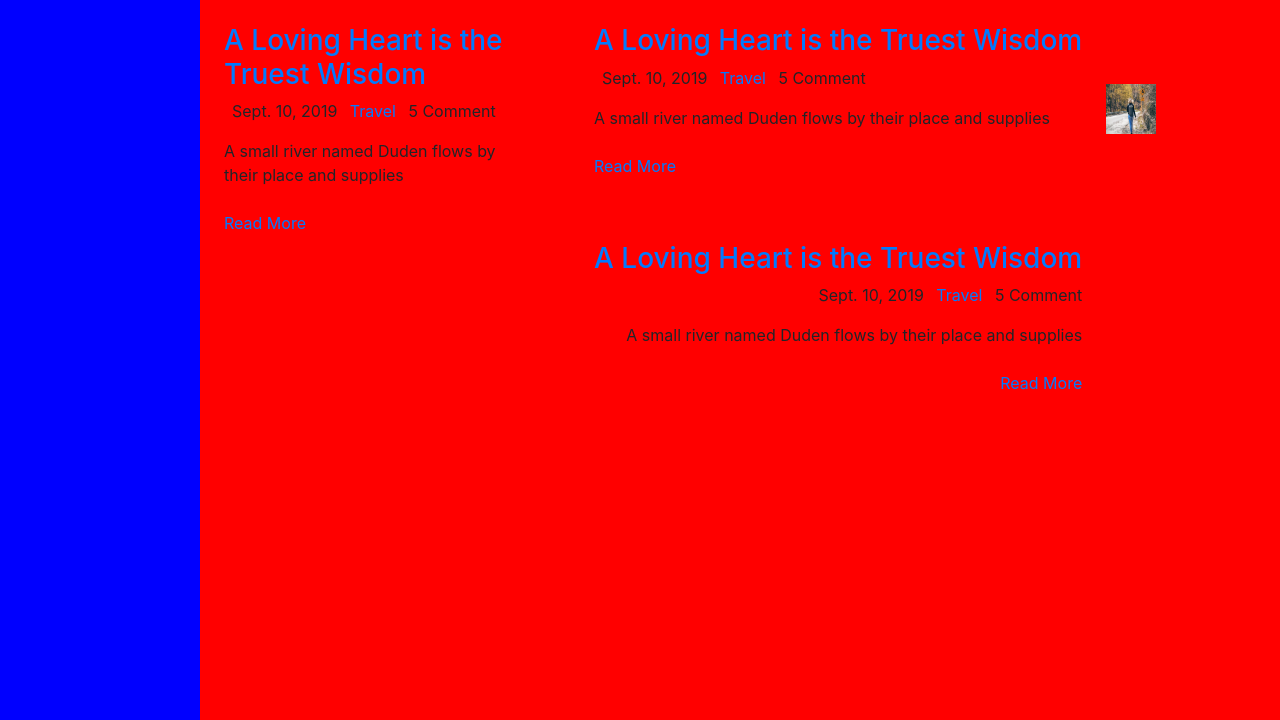
Repository: tts2610/GoogleNews
Page: index.html
These files come from the project's save history. The page is drawn as it stood at one moment and after the next save; the edit follows.
The browser window is 1280 px wide. The pictures show the whole page.
The page's requests for data from a server got no answer.

Above is the page before, as saved 2020-05-20 13:36:42.

### index.html
<!DOCTYPE html>
<html lang="en">

<head>
    <meta charset="UTF-8">
    <meta name="viewport" content="width=device-width, initial-scale=1.0">
    <title>Document</title>
    <link rel="stylesheet" href="https://maxcdn.bootstrapcdn.com/bootstrap/4.4.1/css/bootstrap.min.css">

    <!-- jQuery library -->
    <script src="https://ajax.googleapis.com/ajax/libs/jquery/3.5.1/jquery.min.js"></script>

    <!-- Popper JS -->
    <script src="https://cdnjs.cloudflare.com/ajax/libs/popper.js/1.16.0/umd/popper.min.js"></script>

    <!-- Latest compiled JavaScript -->
    <script src="https://maxcdn.bootstrapcdn.com/bootstrap/4.4.1/js/bootstrap.min.js"></script>
    <link rel="stylesheet" href="css/style.css">
</head>

<body>
    <div class="myContainer">
        <div class="sidenav"></div>
        <div class="content">
            <div class="row">
                <div class="col-4 d-flex">
                    <div class="blog-entry ftco-animate active">
                        <div class="carousel-blog owl-carousel">
                            <div class="item">
                                <a href="single.html" class="img" style="background-image: url(images/image_1.jpg);"></a>
                            </div>
                            <div class="item">
                                <a href="single.html" class="img" style="background-image: url(images/image_7.jpg);"></a>
                            </div>
                            <div class="item">
                                <a href="single.html" class="img" style="background-image: url(images/image_8.jpg);"></a>
                            </div>
                        </div>
                        <div class="text p-4">
                            <h3 class="mb-2"><a href="single.html">A Loving Heart is the Truest Wisdom</a></h3>
                            <div class="meta-wrap">
                                <p class="meta">
                                    <span><i class="icon-calendar mr-2"></i>Sept. 10, 2019</span>
                                    <span><a href="single.html"><i class="icon-folder-o mr-2"></i>Travel</a></span>
                                    <span><i class="icon-comment2 mr-2"></i>5 Comment</span>
                                </p>
                            </div>
                            <p class="mb-4">A small river named Duden flows by their place and supplies</p>
                            <p><a href="#" class="btn-custom">Read More <span class="ion-ios-arrow-forward"></span></a></p>
                        </div>
                    </div>
                </div>
                <div class="col-8 d-flex">
                    <div class="row">
                        <div class="col-md-12">
                            <div class="blog-entry ftco-animate d-md-flex align-items-center">
                                <div class="text text-2 p-4">
                                    <h3 class="mb-2"><a href="single.html">A Loving Heart is the Truest Wisdom</a></h3>
                                    <div class="meta-wrap">
                                        <p class="meta">
                                            <span><i class="icon-calendar mr-2"></i>Sept. 10, 2019</span>
                                            <span><a href="single.html"><i class="icon-folder-o mr-2"></i>Travel</a></span>
                                            <span><i class="icon-comment2 mr-2"></i>5 Comment</span>
                                        </p>
                                    </div>
                                    <p class="mb-4">A small river named Duden flows by their place and supplies</p>
                                    <p><a href="#" class="btn-custom">Read More <span class="ion-ios-arrow-forward"></span></a></p>
                                </div>
                                <div class="news-img"><img src="img/image_8.jpg" width="50" height="50"></div>
                            </div>
                        </div>
                        <div class="col-md-12">
                            <div class="blog-entry ftco-animate d-md-flex align-items-center">
                                <a href="single.html" class="img img-2 order-md-last" style="background-image: url(images/image_8.jpg);"></a>
                                <div class="text text-2 text-md-right p-4">
                                    <h3 class="mb-2"><a href="single.html">A Loving Heart is the Truest Wisdom</a></h3>
                                    <div class="meta-wrap">
                                        <p class="meta">
                                            <span><i class="icon-calendar mr-2"></i>Sept. 10, 2019</span>
                                            <span><a href="single.html"><i class="icon-folder-o mr-2"></i>Travel</a></span>
                                            <span><i class="icon-comment2 mr-2"></i>5 Comment</span>
                                        </p>
                                    </div>
                                    <p class="mb-4">A small river named Duden flows by their place and supplies</p>
                                    <p><a href="#" class="btn-custom">Read More <span class="ion-ios-arrow-forward"></span></a></p>
                                </div>
                            </div>
                        </div>
                    </div>
                </div>
            </div>


        </div>
    </div>

    <script src="js/script.js"></script>
</body>

</html>

### css/style.css
body {
    margin: 0
}

.myContainer {
    display: flex;
    justify-content: start;
}

.sidenav {
    height: 100vh;
    width: 200px;
    float: left;
    position: relative;
    background-color: blue;
}

.content {
    height: 100vh;
    width: calc(100% - 200px);
    float: right;
    position: relative;
    background-color: red;
    overflow-y: scroll;
}

### js/script.js
let newsList = [];
const apiKey = "2dc86bcdc7184b17b45b74b30858f75a"
const loadNews = async() => {
    let url = `https://newsapi.org/v2/top-headlines?country=us&apiKey=${apiKey}`;
    let data = await fetch(url);
    let result = await data.json();

    console.log("what we get here", result);
}

loadNews();

After the next save:
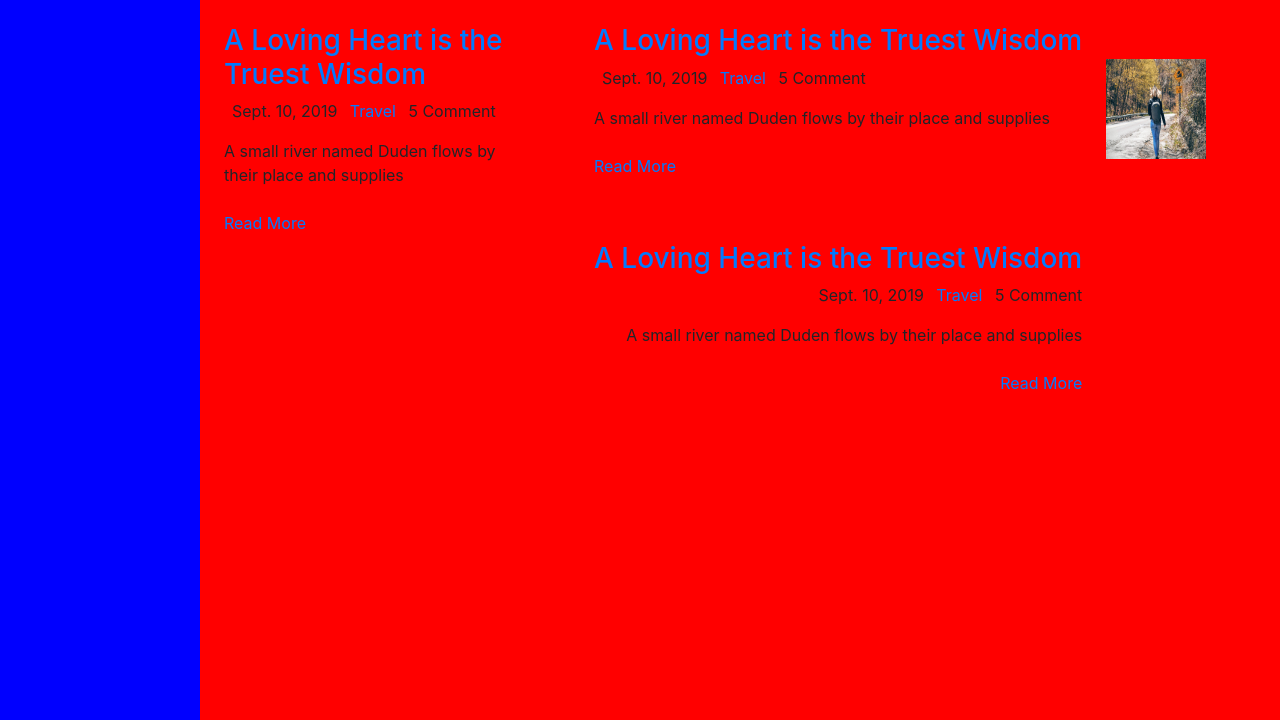
Saved 9 s later.
--- a/index.html
+++ b/index.html
@@ -66,7 +66,7 @@
                                     <p class="mb-4">A small river named Duden flows by their place and supplies</p>
                                     <p><a href="#" class="btn-custom">Read More <span class="ion-ios-arrow-forward"></span></a></p>
                                 </div>
-                                <div class="news-img"><img src="img/image_8.jpg" width="50" height="50"></div>
+                                <div class="news-img"><img src="img/image_8.jpg" width="100" height="100"></div>
                             </div>
                         </div>
                         <div class="col-md-12">
